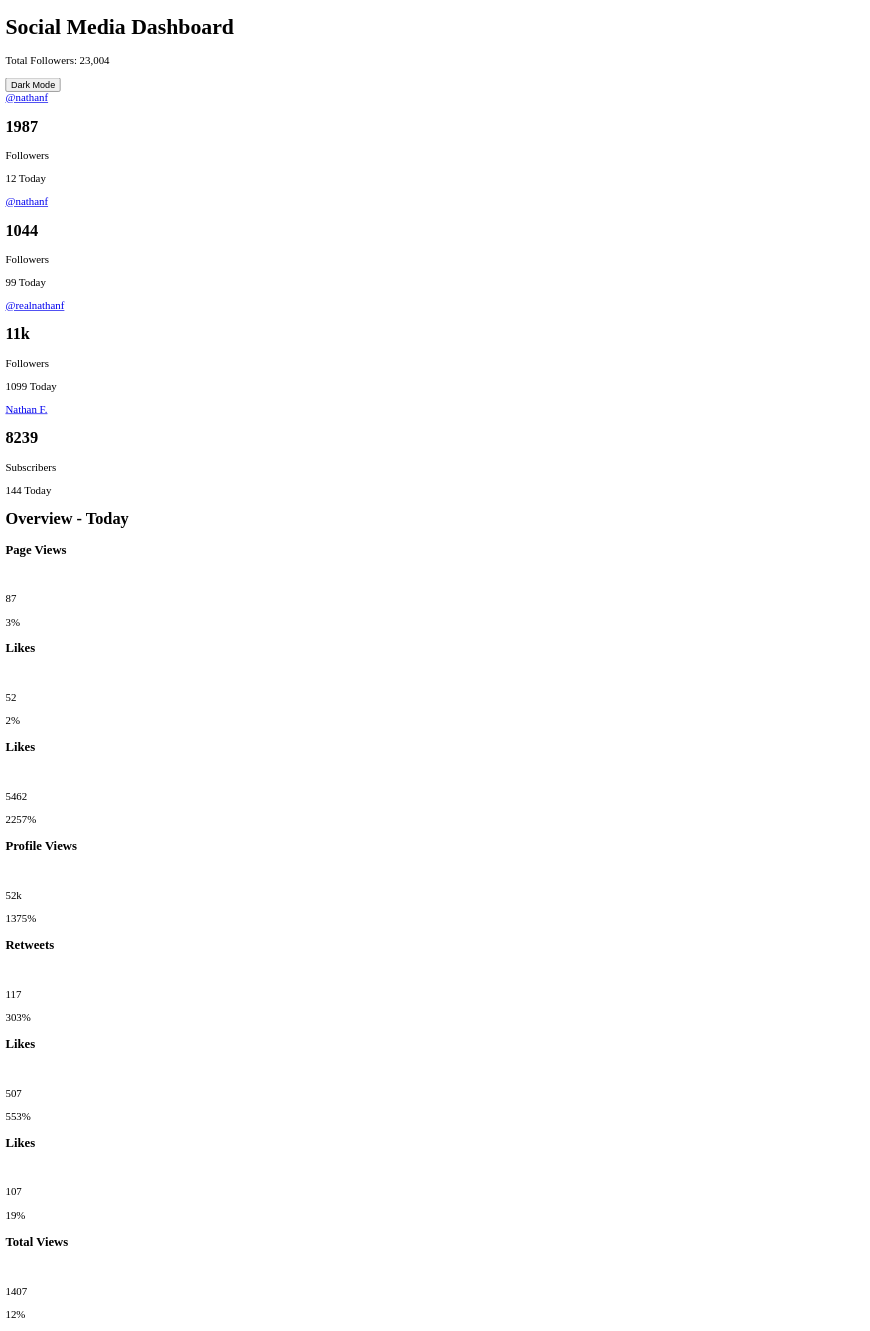
Repository: mamulini/social-media-dashboard-with-theme-switcher-master
Page: index.html
The author's editor kept a copy of each file at every save. The page is drawn from the files as they stood at one save, then again after the next save.
The browser window is 1280 px wide. The pictures show the whole page, at 68% of full size.

Above is the page before, as saved 2020-04-05 23:38:26.

### index.html
<!DOCTYPE html>
<html lang="en">
<head>
  <meta charset="UTF-8">
  <meta name="viewport" content="width=device-width, initial-scale=1.0">
  <link rel="icon" type="image/png" sizes="32x32" href="./images/favicon-32x32.png">
  <link rel="stylesheet" href="./css/style.css">
  <title>Frontend Mentor | [Challenge Name Here]</title>
</head>
<body>
  <main class="dashboard container">
    <header class="header">
      <div class="title">
        <h1 class="title__name">Social Media Dashboard</h1>
        <p class="title__total">Total Followers: 23,004</p>
      </div>
      <button class="theme" type="button">Dark Mode</button>
    </header>
    <div class="followers-block">
      <div class="folowers">
        <a class="followers__link" href="#">@nathanf</a>
        <h2 class="followers__sum">1987</h2>
        <p class="followers__title">Followers</p>
        <p class="followers__today">12 Today</p>
      </div>
      <div class="folowers">
        <a class="followers__link" href="#">@nathanf
</a>
        <h2 class="followers__sum">1044</h2>
        <p class="followers__title">Followers</p>
        <p class="followers__today">99 Today</p>
      </div>
      <div class="folowers">
        <a class="followers__link" href="#">@realnathanf


          </a>
        <h2 class="followers__sum">11k</h2>
        <p class="followers__title">Followers</p>
        <p class="followers__today">1099 Today</p>
      </div>
      <div class="folowers">
        <a class="followers__link" href="#">Nathan F.
        </a>
        <h2 class="followers__sum">8239</h2>
        <p class="followers__title">Subscribers</p>
        <p class="followers__today">144 Today</p>
      </div>

    </div>
    <div class="overview"><h2 class="overview__title" >Overview - Today</h2></div>
    <div class="container">
      <div class="likes">
        <h3 class="likes__title">Page Views</h3>
        <img src="" alt="" class="like__icon">
        <p class="likes__num">87</p>
        <p class="likes__procent">3%</p>
      </div>
      <div class="likes">
        <h3 class="likes__title">Likes</h3>
        <img src="" alt="" class="like__icon">
        <p class="likes__num">52</p>
        <p class="likes__procent">2%</p>
      </div>
      <div class="likes">
        <h3 class="likes__title">Likes</h3>
        <img src="" alt="" class="like__icon">
        <p class="likes__num">5462</p>
        <p class="likes__procent">2257%</p>
      </div>
      <div class="likes">
        <h3 class="likes__title">Profile Views</h3>
        <img src="" alt="" class="like__icon">
        <p class="likes__num">52k</p>
        <p class="likes__procent">1375%</p>
      </div>
      <div class="likes">
        <h3 class="likes__title">Retweets</h3>
        <img src="" alt="" class="like__icon">
        <p class="likes__num">117</p>
        <p class="likes__procent">303%</p>
      </div>
      <div class="likes">
        <h3 class="likes__title">Likes</h3>
        <img src="" alt="" class="like__icon">
        <p class="likes__num">507</p>
        <p class="likes__procent">553%</p>
      </div>
      <div class="likes">
        <h3 class="likes__title">Likes</h3>
        <img src="" alt="" class="like__icon">
        <p class="likes__num">107</p>
        <p class="likes__procent">19%</p>
      </div>
      <div class="likes">
        <h3 class="likes__title">Total Views</h3>
        <img src="" alt="" class="like__icon">
        <p class="likes__num">1407</p>
        <p class="likes__procent">12%</p>
      </div>
    </div>
  </main>
  <!-- <div class="attribution">
    Challenge by <a href="https://www.frontendmentor.io?ref=challenge" target="_blank">Frontend Mentor</a>.
    Coded by <a href="#">Your Name Here</a>.
  </div> -->
</body>
</html>

### css/style.css
.container{
    max-width: 1110px;

}

.followers_block{
    display: flex;
    justify-content: space-between;
}






.attribution { font-size: 11px; text-align: center; }
.attribution a { color: hsl(228, 45%, 44%); }

After the next save:
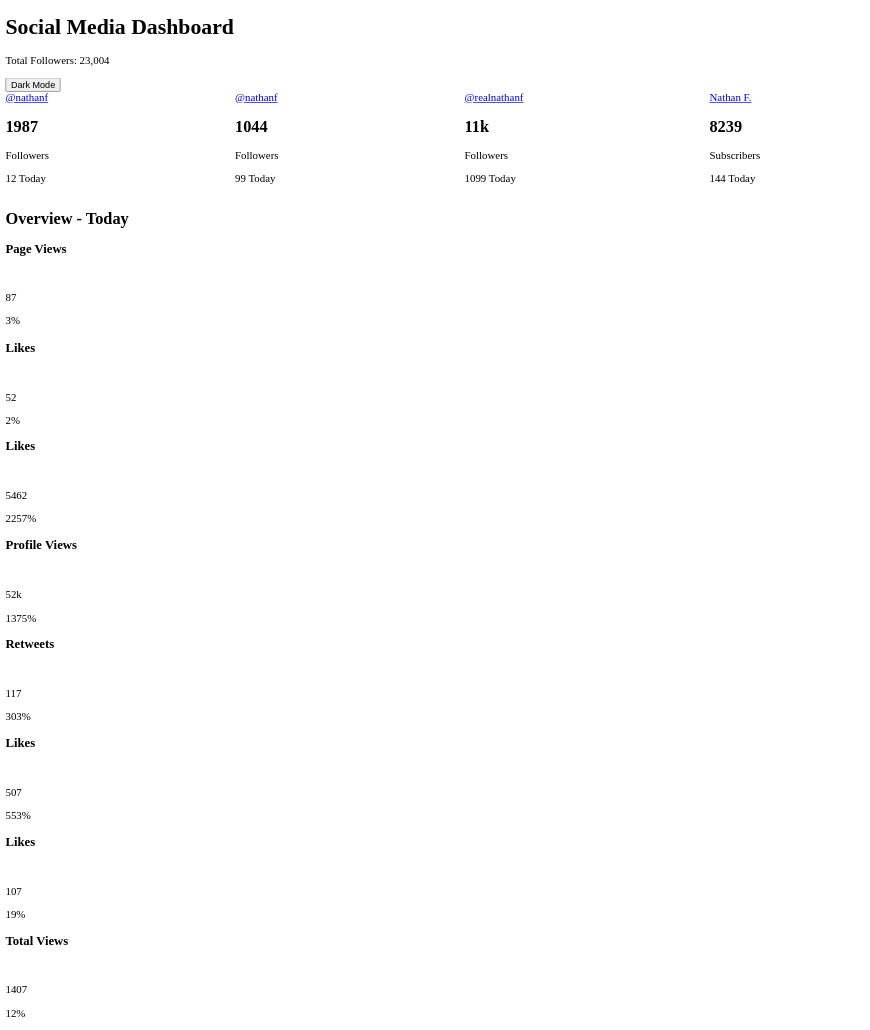
Saved 4 s later.
--- a/index.html
+++ b/index.html
@@ -16,7 +16,7 @@
       </div>
       <button class="theme" type="button">Dark Mode</button>
     </header>
-    <div class="followers-block">
+    <div class="followers_block">
       <div class="folowers">
         <a class="followers__link" href="#">@nathanf</a>
         <h2 class="followers__sum">1987</h2>
